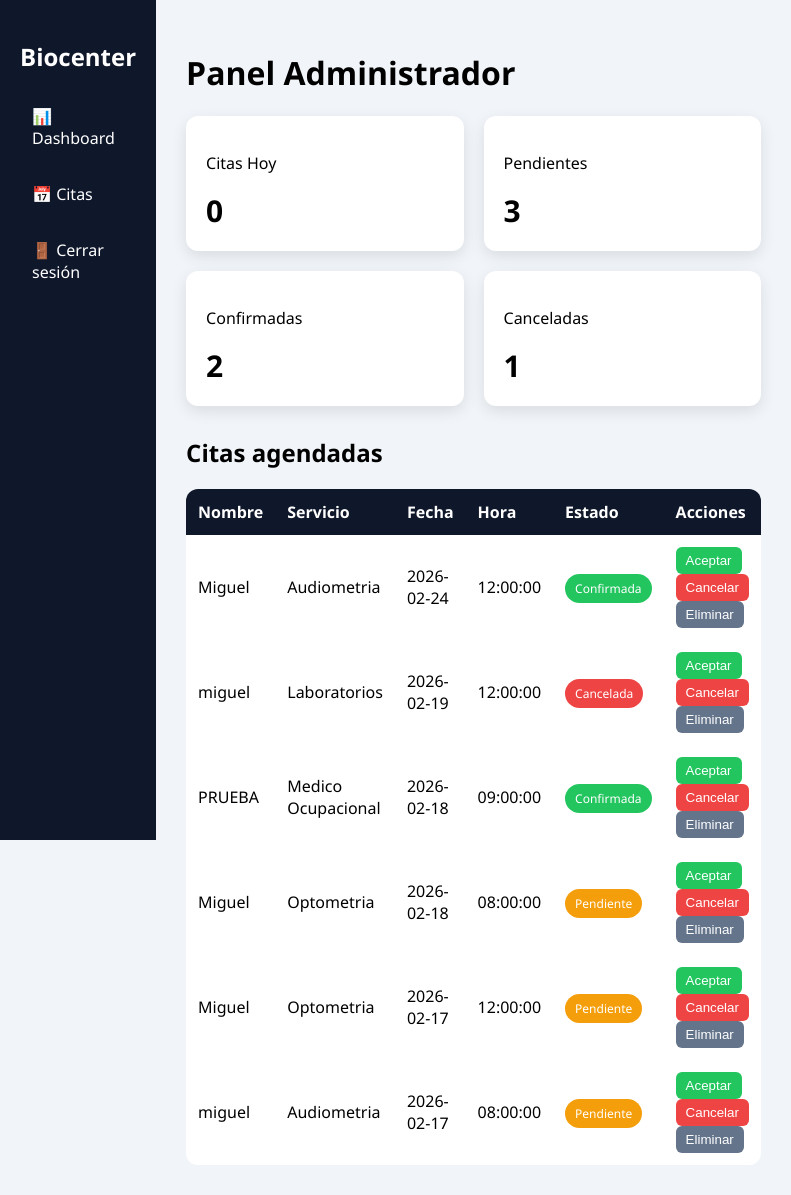
Repository: Miguelperdomo/Biocenter
Page: http://localhost/public_html/PHP/panel.php
An editor plug-in stored every save of this project. The page is shown before and after a run of saves, followed by the edit.
The browser window is 768 px wide. The page is 791 px wide, then 788 px, then 791 px, so the pictures cover 791 px, including what lies to the right of the window. The pictures show the whole page.
The page is run by PHP 8.4 with error messages shown; the project is at /var/www/html/. The session is filled in as if someone had signed in: {"admin": {"id": 1, "usuario": "admin", "email": "perdomomiguel2004@gmail.com"}}. Other server files are loaded and not shown. The database holds what the project's SQL file puts in it.

Above is the page before, as saved 2026-02-17 14:14:08.

### PHP/panel.php
<?php
session_start();
require "../conection/conexion.php";

if(!isset($_SESSION['admin'])){
    header("Location: ../login.php");
    exit();
}

/* CONTADORES */
$hoy = date("Y-m-d");

$citasHoy = $conn->query("SELECT COUNT(*) total FROM citas WHERE fecha='$hoy'")->fetch_assoc()['total'];
$pendientes = $conn->query("SELECT COUNT(*) total FROM citas WHERE estado='Pendiente'")->fetch_assoc()['total'];
$confirmadas = $conn->query("SELECT COUNT(*) total FROM citas WHERE estado='Confirmada'")->fetch_assoc()['total'];
$canceladas = $conn->query("SELECT COUNT(*) total FROM citas WHERE estado='Cancelada'")->fetch_assoc()['total'];

/* LISTAR CITAS */
$citas = $conn->query("SELECT * FROM citas ORDER BY fecha DESC, hora DESC");
?>

<!DOCTYPE html>
<html lang="es">
<head>
<meta charset="UTF-8">
<meta name="viewport" content="width=device-width, initial-scale=1.0">
<title>Panel Admin</title>

<style>
body{margin:0;font-family:'Segoe UI';display:flex;background:#f1f5f9;}
.sidebar{width:230px;background:#0f172a;height:100vh;color:white;padding:20px;}
.sidebar a{display:block;color:white;text-decoration:none;padding:12px;margin:10px 0;border-radius:6px;}
.sidebar a:hover{background:#2563eb;}
.main{flex:1;padding:30px;}

.cards{display:grid;grid-template-columns:repeat(auto-fit,minmax(200px,1fr));gap:20px;margin-bottom:30px;}
.card{background:white;padding:20px;border-radius:12px;box-shadow:0 5px 15px rgba(0,0,0,.1);}
.card h3{margin:0;font-size:30px;}

table{width:100%;border-collapse:collapse;background:white;border-radius:12px;overflow:hidden;}
th,td{padding:12px;text-align:left;}
th{background:#0f172a;color:white;}

.estado{
    padding:6px 10px;
    border-radius:20px;
    color:white;
    font-size:12px;
}
.pendiente{background:#f59e0b;}
.confirmada{background:#22c55e;}
.cancelada{background:#ef4444;}

.btn{padding:6px 10px;border:none;border-radius:6px;color:white;cursor:pointer;}
.accept{background:#22c55e;}
.cancel{background:#ef4444;}
.delete{background:#64748b;}
</style>
</head>

<body>

<div class="sidebar">
<h2>Biocenter</h2>
<a href="#">📊 Dashboard</a>
<a href="#">📅 Citas</a>
<a href="logout.php">🚪 Cerrar sesión</a>
</div>

<div class="main">

<h1>Panel Administrador</h1>

<!-- CONTADORES -->
<div class="cards">
<div class="card"><p>Citas Hoy</p><h3><?=$citasHoy?></h3></div>
<div class="card"><p>Pendientes</p><h3><?=$pendientes?></h3></div>
<div class="card"><p>Confirmadas</p><h3><?=$confirmadas?></h3></div>
<div class="card"><p>Canceladas</p><h3><?=$canceladas?></h3></div>
</div>

<h2>Citas agendadas</h2>

<table>
<tr>
<th>Nombre</th>
<th>Servicio</th>
<th>Fecha</th>
<th>Hora</th>
<th>Estado</th>
<th>Acciones</th>
</tr>

<?php while($row=$citas->fetch_assoc()): ?>

<tr>
<td><?=$row['nombre_completo']?></td>
<td><?=$row['tipo_servicio']?></td>
<td><?=$row['fecha']?></td>
<td><?=$row['hora']?></td>

<td>
<span class="estado
<?=
$row['estado']=="Pendiente"?"pendiente":
($row['estado']=="Confirmada"?"confirmada":"cancelada")
?>">
<?=$row['estado']?>
</span>
</td>

<td>

<form action="PHP/accion_cita.php" method="POST" style="display:inline;">
<input type="hidden" name="id" value="<?=$row['id']?>">
<input type="hidden" name="accion" value="confirmar">
<button class="btn accept">Aceptar</button>
</form>

<form action="PHP/accion_cita.php" method="POST" style="display:inline;">
<input type="hidden" name="id" value="<?=$row['id']?>">
<input type="hidden" name="accion" value="cancelar">
<button class="btn cancel">Cancelar</button>
</form>

<form action="PHP/accion_cita.php" method="POST" style="display:inline;">
<input type="hidden" name="id" value="<?=$row['id']?>">
<input type="hidden" name="accion" value="eliminar">
<button class="btn delete">Eliminar</button>
</form>

</td>

</tr>

<?php endwhile; ?>

</table>

</div>
</body>
</html>

### conection/conexion.php
<?php
$host="localhost";
$user="root";
$pass="";
$db="biocenter";

$conn=new mysqli($host,$user,$pass,$db);

if($conn->connect_error){
    die("Error de conexión");
}
?>

### biocenter (2).sql (the tables this page reads)
CREATE TABLE `citas` (
  `id` int(11) NOT NULL,
  `nombre_completo` varchar(150) NOT NULL,
  `email` varchar(120) NOT NULL,
  `telefono` varchar(20) NOT NULL,
  `tipo_servicio` enum('Medico Ocupacional','Optometria','Audiometria','Laboratorios') NOT NULL,
  `tipo_usuario` enum('Persona Natural','Empresa') NOT NULL,
  `fecha` date NOT NULL,
  `hora` time NOT NULL,
  `estado` enum('Pendiente','Confirmada','Cancelada') DEFAULT 'Pendiente',
  `fecha_registro` timestamp NOT NULL DEFAULT current_timestamp(),
  `observaciones` text DEFAULT NULL
) ENGINE=InnoDB DEFAULT CHARSET=utf8mb4 COLLATE=utf8mb4_general_ci;

INSERT INTO `citas` (`id`, `nombre_completo`, `email`, `telefono`, `tipo_servicio`, `tipo_usuario`, `fecha`, `hora`, `estado`, `fecha_registro`, `observaciones`) VALUES
(1, 'Miguel', 'sistemas@gamil.com', '3160539301', 'Optometria', 'Persona Natural', '2026-02-18', '08:00:00', 'Pendiente', '2026-02-17 17:58:15', 'Pruebaaa'),
(2, 'PRUEBA', 'thebugscompile@gmail.com', '3133854821', 'Medico Ocupacional', 'Empresa', '2026-02-18', '09:00:00', 'Confirmada', '2026-02-17 18:01:56', 'Purba'),
(3, 'miguel', 'biocentersaludocupacional@gmail.com', '3123591195', 'Laboratorios', 'Empresa', '2026-02-19', '12:00:00', 'Cancelada', '2026-02-17 18:03:08', 'sdfafaswdfasdf'),
(4, 'Miguel', 'thebugscompile@gmail.com', '3160539301', 'Optometria', 'Empresa', '2026-02-17', '12:00:00', 'Pendiente', '2026-02-17 18:10:38', 'sdds'),
(5, 'miguel', 'biocentersaludocupacional@gmail.com', '3133854821', 'Audiometria', 'Empresa', '2026-02-17', '08:00:00', 'Pendiente', '2026-02-17 18:13:50', 'VJF'),
(6, 'Miguel', 'thebugscompile@gmail.com', '3133854821', 'Audiometria', 'Empresa', '2026-02-24', '12:00:00', 'Confirmada', '2026-02-17 18:19:38', 'prueba');

ALTER TABLE `citas`
  ADD PRIMARY KEY (`id`);

ALTER TABLE `citas`
  MODIFY `id` int(11) NOT NULL AUTO_INCREMENT, AUTO_INCREMENT=8;

After the next 2 saves:
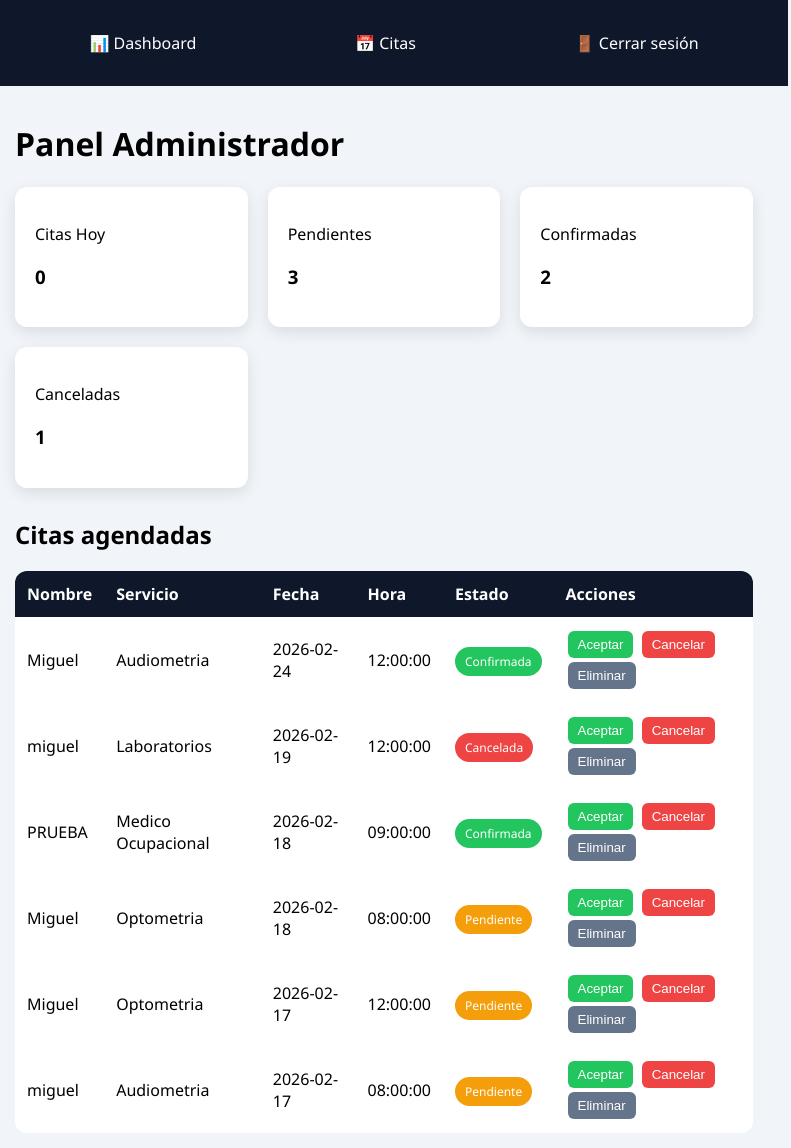
The 2 saves are shown as one change because they came seconds apart.
The last was saved 44 s later.
--- a/PHP/panel.php
+++ b/PHP/panel.php
@@ -27,34 +27,138 @@
 <title>Panel Admin</title>
 
 <style>
-body{margin:0;font-family:'Segoe UI';display:flex;background:#f1f5f9;}
-.sidebar{width:230px;background:#0f172a;height:100vh;color:white;padding:20px;}
-.sidebar a{display:block;color:white;text-decoration:none;padding:12px;margin:10px 0;border-radius:6px;}
-.sidebar a:hover{background:#2563eb;}
-.main{flex:1;padding:30px;}
-
-.cards{display:grid;grid-template-columns:repeat(auto-fit,minmax(200px,1fr));gap:20px;margin-bottom:30px;}
-.card{background:white;padding:20px;border-radius:12px;box-shadow:0 5px 15px rgba(0,0,0,.1);}
-.card h3{margin:0;font-size:30px;}
-
-table{width:100%;border-collapse:collapse;background:white;border-radius:12px;overflow:hidden;}
-th,td{padding:12px;text-align:left;}
-th{background:#0f172a;color:white;}
-
+body{
+    margin:0;
+    font-family:'Segoe UI';
+    background:#f1f5f9;
+}
+
+/* ===== CONTENEDOR ===== */
+.container{
+    display:flex;
+    min-height:100vh;
+}
+
+/* ===== SIDEBAR ===== */
+.sidebar{
+    width:230px;
+    background:#0f172a;
+    color:white;
+    padding:20px;
+}
+
+.sidebar h2{
+    text-align:center;
+}
+
+.sidebar a{
+    display:block;
+    color:white;
+    text-decoration:none;
+    padding:12px;
+    margin:10px 0;
+    border-radius:6px;
+}
+
+.sidebar a:hover{
+    background:#2563eb;
+}
+
+/* ===== CONTENIDO ===== */
+.main{
+    flex:1;
+    padding:30px;
+}
+
+/* ===== CARDS ===== */
+.cards{
+    display:grid;
+    grid-template-columns:repeat(auto-fit,minmax(200px,1fr));
+    gap:20px;
+    margin-bottom:30px;
+}
+
+.card{
+    background:white;
+    padding:20px;
+    border-radius:12px;
+    box-shadow:0 5px 15px rgba(0,0,0,.1);
+}
+
+/* ===== TABLA ===== */
+.table-container{
+    overflow-x:auto;
+}
+
+table{
+    width:100%;
+    border-collapse:collapse;
+    background:white;
+    border-radius:12px;
+    overflow:hidden;
+}
+
+th,td{
+    padding:12px;
+    text-align:left;
+}
+
+th{
+    background:#0f172a;
+    color:white;
+}
+
+/* ===== ESTADOS ===== */
 .estado{
     padding:6px 10px;
     border-radius:20px;
     color:white;
     font-size:12px;
 }
+
 .pendiente{background:#f59e0b;}
 .confirmada{background:#22c55e;}
 .cancelada{background:#ef4444;}
 
-.btn{padding:6px 10px;border:none;border-radius:6px;color:white;cursor:pointer;}
+/* ===== BOTONES ===== */
+.btn{
+    padding:6px 10px;
+    border:none;
+    border-radius:6px;
+    color:white;
+    cursor:pointer;
+    margin:2px;
+}
+
 .accept{background:#22c55e;}
 .cancel{background:#ef4444;}
 .delete{background:#64748b;}
+
+/* ===== RESPONSIVE ===== */
+@media(max-width:900px){
+
+    .container{
+        flex-direction:column;
+    }
+
+    .sidebar{
+        width:100%;
+        height:auto;
+        display:flex;
+        justify-content:space-around;
+        padding:10px;
+    }
+
+    .sidebar h2{
+        display:none;
+    }
+
+    .main{
+        padding:15px;
+    }
+
+}
+
 </style>
 </head>
 

After the 2 saves that followed:
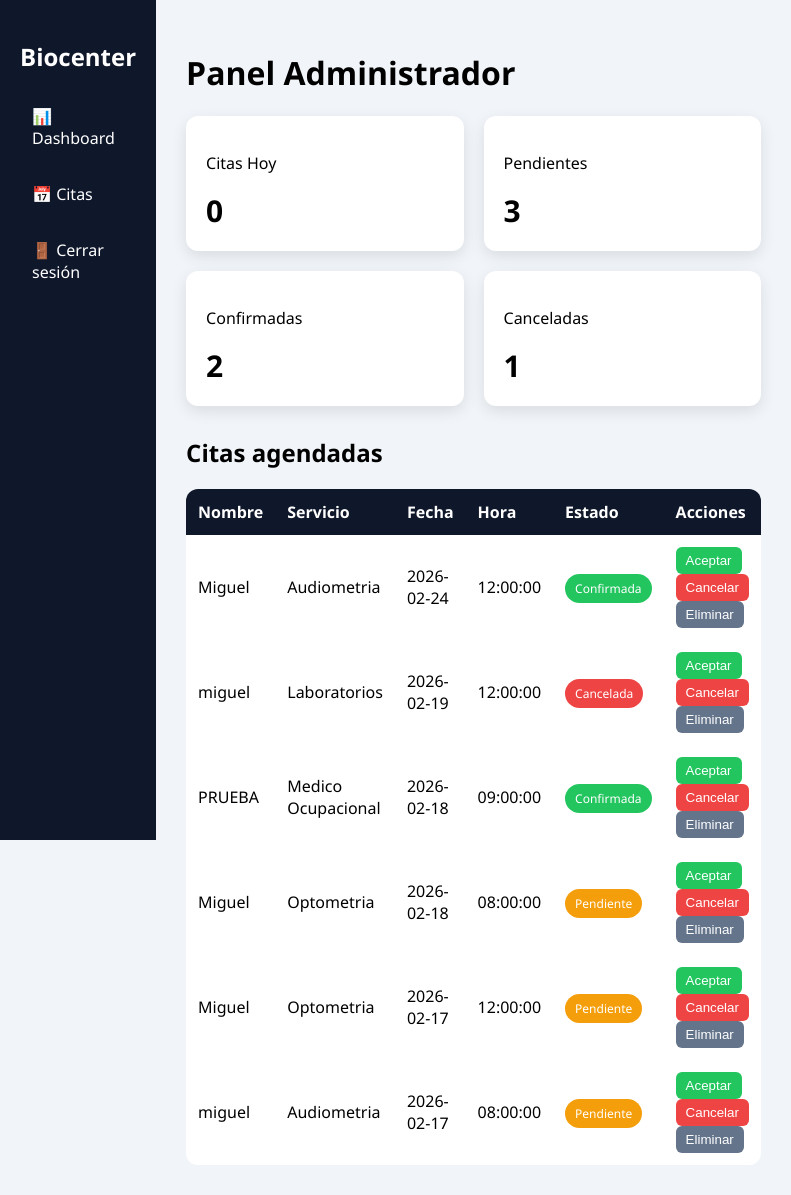
The 2 saves are shown as one change because they came seconds apart.
The last was saved 11 s later.
--- a/PHP/panel.php
+++ b/PHP/panel.php
@@ -27,138 +27,34 @@
 <title>Panel Admin</title>
 
 <style>
-body{
-    margin:0;
-    font-family:'Segoe UI';
-    background:#f1f5f9;
-}
+body{margin:0;font-family:'Segoe UI';display:flex;background:#f1f5f9;}
+.sidebar{width:230px;background:#0f172a;height:100vh;color:white;padding:20px;}
+.sidebar a{display:block;color:white;text-decoration:none;padding:12px;margin:10px 0;border-radius:6px;}
+.sidebar a:hover{background:#2563eb;}
+.main{flex:1;padding:30px;}
 
-/* ===== CONTENEDOR ===== */
-.container{
-    display:flex;
-    min-height:100vh;
-}
+.cards{display:grid;grid-template-columns:repeat(auto-fit,minmax(200px,1fr));gap:20px;margin-bottom:30px;}
+.card{background:white;padding:20px;border-radius:12px;box-shadow:0 5px 15px rgba(0,0,0,.1);}
+.card h3{margin:0;font-size:30px;}
 
-/* ===== SIDEBAR ===== */
-.sidebar{
-    width:230px;
-    background:#0f172a;
-    color:white;
-    padding:20px;
-}
+table{width:100%;border-collapse:collapse;background:white;border-radius:12px;overflow:hidden;}
+th,td{padding:12px;text-align:left;}
+th{background:#0f172a;color:white;}
 
-.sidebar h2{
-    text-align:center;
-}
-
-.sidebar a{
-    display:block;
-    color:white;
-    text-decoration:none;
-    padding:12px;
-    margin:10px 0;
-    border-radius:6px;
-}
-
-.sidebar a:hover{
-    background:#2563eb;
-}
-
-/* ===== CONTENIDO ===== */
-.main{
-    flex:1;
-    padding:30px;
-}
-
-/* ===== CARDS ===== */
-.cards{
-    display:grid;
-    grid-template-columns:repeat(auto-fit,minmax(200px,1fr));
-    gap:20px;
-    margin-bottom:30px;
-}
-
-.card{
-    background:white;
-    padding:20px;
-    border-radius:12px;
-    box-shadow:0 5px 15px rgba(0,0,0,.1);
-}
-
-/* ===== TABLA ===== */
-.table-container{
-    overflow-x:auto;
-}
-
-table{
-    width:100%;
-    border-collapse:collapse;
-    background:white;
-    border-radius:12px;
-    overflow:hidden;
-}
-
-th,td{
-    padding:12px;
-    text-align:left;
-}
-
-th{
-    background:#0f172a;
-    color:white;
-}
-
-/* ===== ESTADOS ===== */
 .estado{
     padding:6px 10px;
     border-radius:20px;
     color:white;
     font-size:12px;
 }
-
 .pendiente{background:#f59e0b;}
 .confirmada{background:#22c55e;}
 .cancelada{background:#ef4444;}
 
-/* ===== BOTONES ===== */
-.btn{
-    padding:6px 10px;
-    border:none;
-    border-radius:6px;
-    color:white;
-    cursor:pointer;
-    margin:2px;
-}
-
+.btn{padding:6px 10px;border:none;border-radius:6px;color:white;cursor:pointer;}
 .accept{background:#22c55e;}
 .cancel{background:#ef4444;}
 .delete{background:#64748b;}
-
-/* ===== RESPONSIVE ===== */
-@media(max-width:900px){
-
-    .container{
-        flex-direction:column;
-    }
-
-    .sidebar{
-        width:100%;
-        height:auto;
-        display:flex;
-        justify-content:space-around;
-        padding:10px;
-    }
-
-    .sidebar h2{
-        display:none;
-    }
-
-    .main{
-        padding:15px;
-    }
-
-}
-
 </style>
 </head>
 
